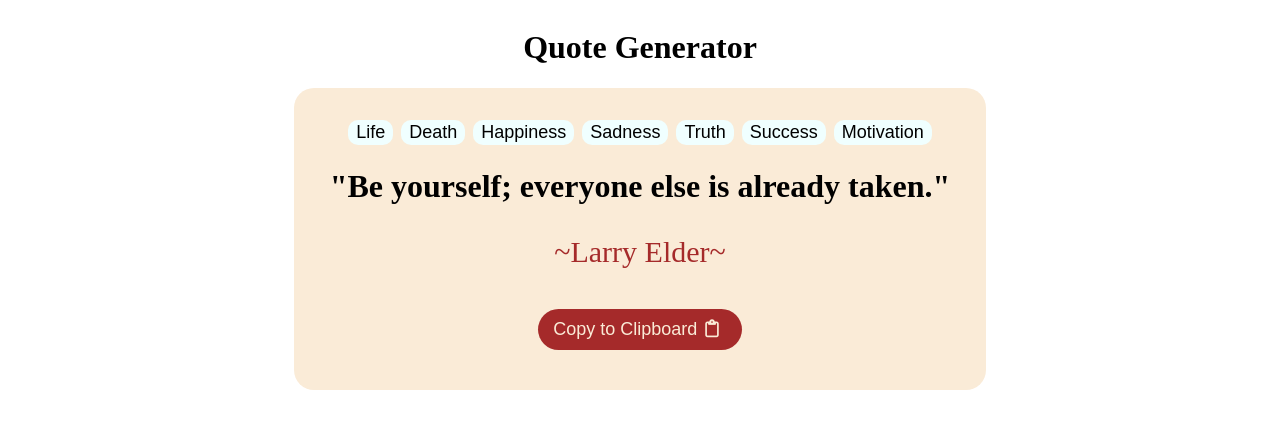
Repository: moehaymanmyint/Random-Quote-Generator
Page: index.html
These files come from the project's save history. The page is drawn as it stood at one moment and after the next save; the edit follows.
The browser window is 1280 px wide. The pictures show the whole page.
Some web fonts or font styles are not loaded; a fallback is used. Some web libraries are served in a nearby version.

Above is the page before, as saved 2024-11-07 22:46:54.

### index.html
<!DOCTYPE html>
<html lang="en">
<head>
    <meta charset="UTF-8">
    <meta name="viewport" content="width=device-width, initial-scale=1.0">
    <title>Quote Generator</title>
    <link rel="stylesheet" href="style.css">
    <!-- Font Awesome Link -->
    <link rel="stylesheet" href="https://cdnjs.cloudflare.com/ajax/libs/font-awesome/6.6.0/css/all.min.css" integrity="sha512-Kc323vGBEqzTmouAECnVceyQqyqdsSiqLQISBL29aUW4U/M7pSPA/gEUZQqv1cwx4OnYxTxve5UMg5GT6L4JJg==" crossorigin="anonymous" referrerpolicy="no-referrer" />
</head>
<body>
    <div class="container">
        <h1>Quote Generator</h1>
        <div class="quote-box">
            <div class="category">
                <input type="button" value="Life">
                <input type="button" value="Death">
                <input type="button" value="Happiness">
                <input type="button" value="Sadness">
                <input type="button" value="Truth">
                <input type="button" value="Success">
                <input type="button" value="Motivation">
            </div>
            <div class="quotes">
                <h1 class="quote">"Be yourself; everyone else is already taken."</h1>
                <p class="author">~Larry Elder~</p>
            </div>
            <div class="btn">
                <button class="copy-btn">Copy to Clipboard<i class="fa-regular fa-clipboard"></i></button>
            </div>
        </div>
    </div>
</body>
<script src="app.js"></script>
</html>

### style.css
@import url('https://fonts.googleapis.com/css2?family=Playwrite+GB+S:ital,wght@0,100..400;1,100..400&display=swap');
body{
    font-family: "Playwrite GB S", cursive;
}
.container{
    font-family: "Playwrite GB S", cursive;
    display: flex;
    flex-direction: column;
    align-items: center;
}
.container h1{
    text-align: center;
}

.container p{
    font-size: 30px;
    color: brown;
    text-align: center;
}

.quote-box{
    background-color: antiquewhite;
    padding: 30px;
    display: flex;
    flex-direction: column;
    align-items: center;
    border-radius: 20px;
    width: 50%;
}

.copy-btn{
    padding: 10px 15px;
    border: none;
    border-radius: 40px;
    background-color: brown;
    color: antiquewhite;
    margin: 10px;
    cursor: pointer;
    font-size: 18px;
}

i{
    padding: 0 8px;
}

input{
    background-color: azure;
    border: none;
    border-radius: 10px;
    padding: 2px 8px;
    font-size: 18px;
    margin: 2px;
    cursor: pointer;
}

### app.js
let quotes = {
    Life: [
        { quote: "Life is what happens when you're busy making other plans.", author: "John Lennon" },
        { quote: "Get busy living or get busy dying.", author: "Stephen King" },
        { quote: "You only live once, but if you do it right, once is enough.", author: "Mae West" },
        { quote: "Life is really simple, but we insist on making it complicated.", author: "Confucius" },
        { quote: "In the end, it’s not the years in your life that count. It’s the life in your years.", author: "Abraham Lincoln" },
    ],
    Death: [
        { quote: "Death is not the opposite of life, but a part of it.", author: "Haruki Murakami" },
        { quote: "To the well-organized mind, death is but the next great adventure.", author: "J.K. Rowling" },
        { quote: "The life of the dead is placed in the memory of the living.", author: "Marcus Tullius Cicero" },
        { quote: "Our dead are never dead to us, until we have forgotten them.", author: "George Eliot" },
        { quote: "Death may be the greatest of all human blessings.", author: "Socrates" },
    ],
    Happiness: [
        { quote: "Happiness is not something ready-made. It comes from your own actions.", author: "Dalai Lama" },
        { quote: "For every minute you are angry, you lose sixty seconds of happiness.", author: "Ralph Waldo Emerson" },
        { quote: "Happiness depends upon ourselves.", author: "Aristotle" },
        { quote: "Happiness is not by chance, but by choice.", author: "Jim Rohn" },
        { quote: "The purpose of our lives is to be happy.", author: "Dalai Lama" },
    ],
    Sadness: [
        { quote: "Tears come from the heart and not from the brain.", author: "Leonardo da Vinci" },
        { quote: "Sadness flies away on the wings of time.", author: "Jean de La Fontaine" },
        { quote: "The word 'happiness' would lose its meaning if it were not balanced by sadness.", author: "Carl Jung" },
        { quote: "Every human walks around with a certain kind of sadness.", author: "Henri Nouwen" },
        { quote: "Even a happy life cannot be without a measure of darkness.", author: "Carl Jung" },
    ],
    Truth: [
        { quote: "In a time of deceit, telling the truth is a revolutionary act.", author: "George Orwell" },
        { quote: "If you tell the truth, you don't have to remember anything.", author: "Mark Twain" },
        { quote: "Three things cannot be long hidden: the sun, the moon, and the truth.", author: "Buddha" },
        { quote: "The truth will set you free, but first it will make you miserable.", author: "James A. Garfield" },
        { quote: "Honesty is the first chapter in the book of wisdom.", author: "Thomas Jefferson" },
    ],
    Success: [
        { quote: "Success is not final, failure is not fatal: It is the courage to continue that counts.", author: "Winston Churchill" },
        { quote: "Success usually comes to those who are too busy to be looking for it.", author: "Henry David Thoreau" },
        { quote: "The way to get started is to quit talking and begin doing.", author: "Walt Disney" },
        { quote: "Don’t be afraid to give up the good to go for the great.", author: "John D. Rockefeller" },
        { quote: "Success is walking from failure to failure with no loss of enthusiasm.", author: "Winston Churchill" },
    ],
    Motivation: [
        { quote: "The only way to do great work is to love what you do.", author: "Steve Jobs" },
        { quote: "The future belongs to those who believe in the beauty of their dreams.", author: "Eleanor Roosevelt" },
        { quote: "Don’t watch the clock; do what it does. Keep going.", author: "Sam Levenson" },
        { quote: "Believe you can and you’re halfway there.", author: "Theodore Roosevelt" },
        { quote: "Start where you are. Use what you have. Do what you can.", author: "Arthur Ashe" },
    ]
};

let quote = document.querySelector(".quote");
let author = document.querySelector(".author");
let category = document.querySelectorAll(".category input");

category.forEach(input => {
    input.addEventListener("click", () => {
        let userCategory = input.value;
        let quoteArr = quotes[userCategory];
        let randomQuote = quoteArr[Math.floor(Math.random() * quoteArr.length)];
        console.log(randomQuote);

        quote.innerHTML = randomQuote.quote;
        author.innerHTML = randomQuote.author;
    })
})

After the next save:
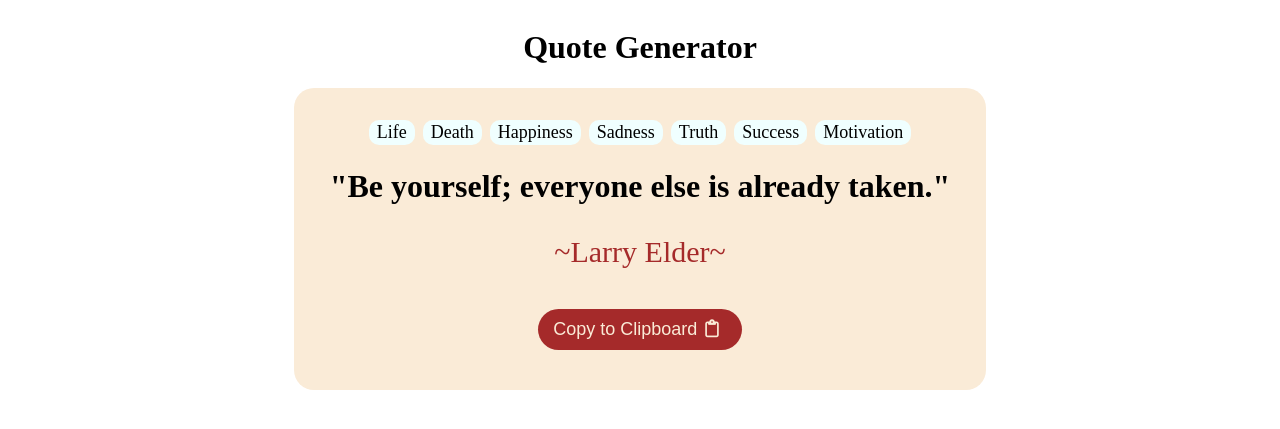
Saved 12 s later.
--- a/style.css
+++ b/style.css
@@ -1,7 +1,5 @@
 @import url('https://fonts.googleapis.com/css2?family=Playwrite+GB+S:ital,wght@0,100..400;1,100..400&display=swap');
-body{
-    font-family: "Playwrite GB S", cursive;
-}
+
 .container{
     font-family: "Playwrite GB S", cursive;
     display: flex;
@@ -51,4 +49,5 @@
     font-size: 18px;
     margin: 2px;
     cursor: pointer;
+    font-family: "Playwrite GB S", cursive;
 }
